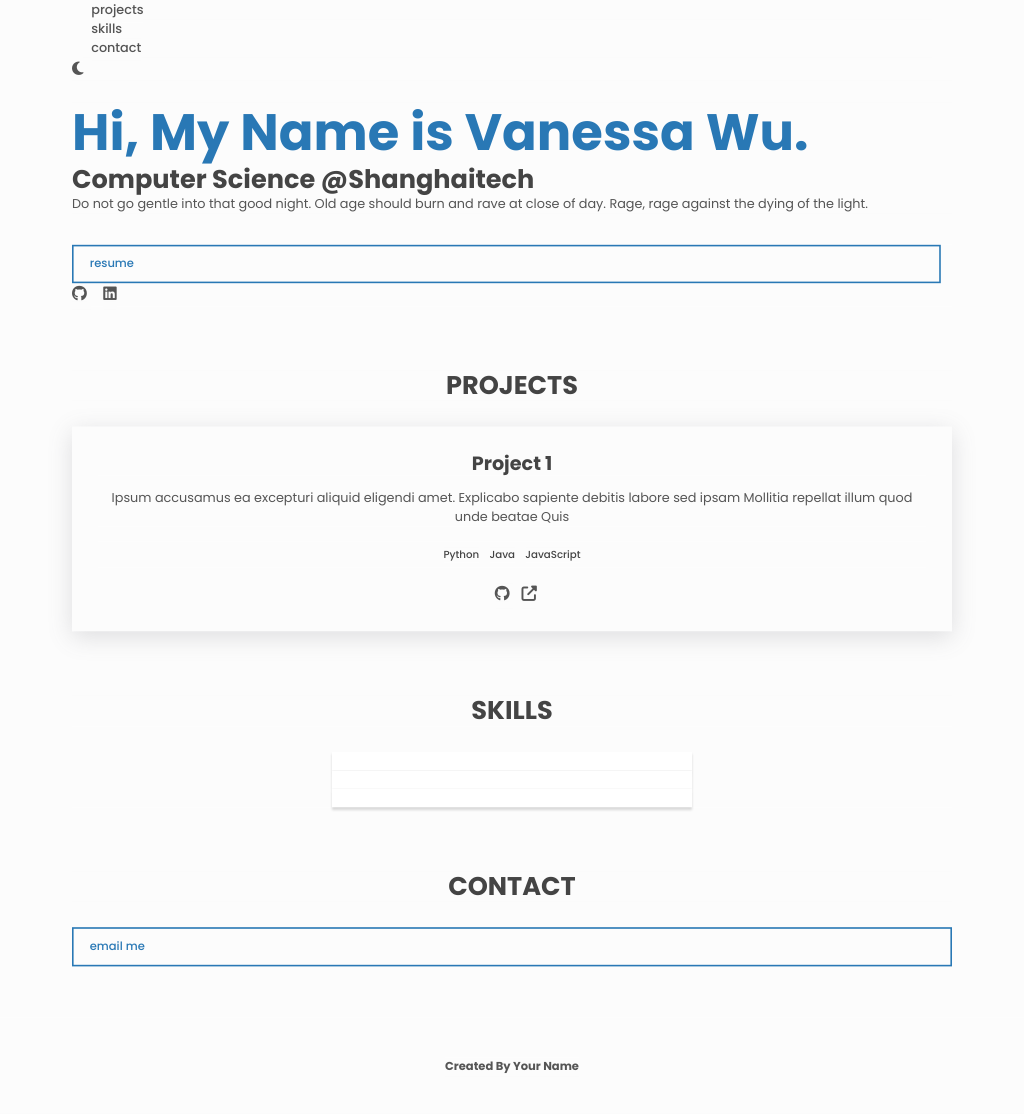
Repository: indiansummer1022/Cubstart
Page: Web Track/hw1/index.html
The author's editor kept a copy of each file at every save. The page is drawn from the files as they stood at one save, then again after the next save.
The browser window is 1280 px wide. The pictures show the whole page, at 80% of full size.
Some web libraries are served in a nearby version.

Above is the page before, as saved 2022-02-15 21:15:42.

After the next save:
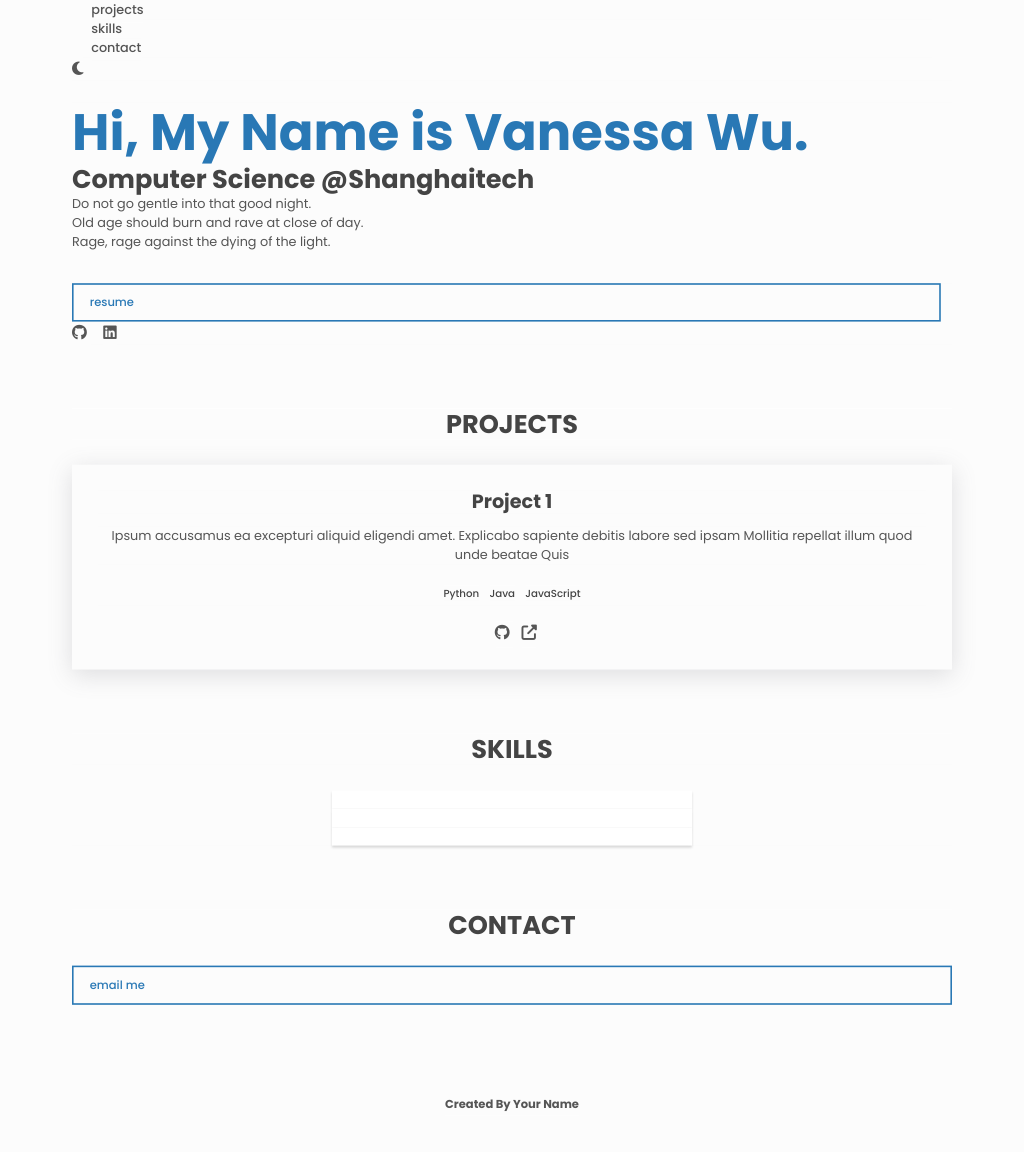
Saved 21 s later.
--- a/Web Track/hw1/index.html
+++ b/Web Track/hw1/index.html
@@ -78,9 +78,9 @@
         Computer Science @Shanghaitech
       </h2>
       <p class="about-desc">
-        Do not go gentle into that good night.
-        Old age should burn and rave at close of day.
-        Rage, rage against the dying of the light.
+        Do not go gentle into that good night.<br>
+        Old age should burn and rave at close of day. <br>
+        Rage, rage against the dying of the light. <br>
       </p>
       <!-- END PART 6 -->
       <div class="about__contact center">
